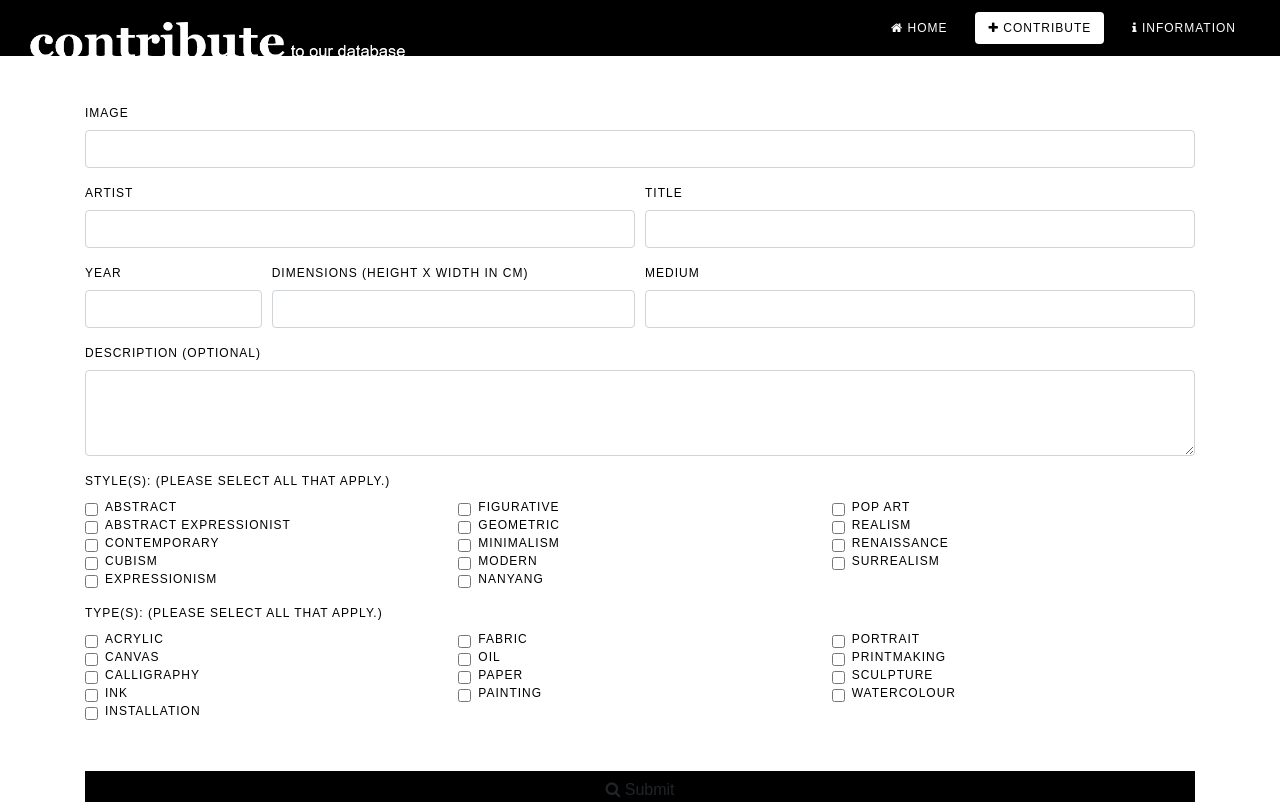
Repository: lynette-lyf/artwork-inventory
Page: http://localhost/add-artwork
The author's editor kept a record of every edit. The page is drawn from the files as they stood at one moment, then again after the next edit.
The browser window is 1280 px wide. The pictures show the whole page.
The page is served by the project's application, run on Flask 3 (app.py).

Above is the page before.

After the next edit:
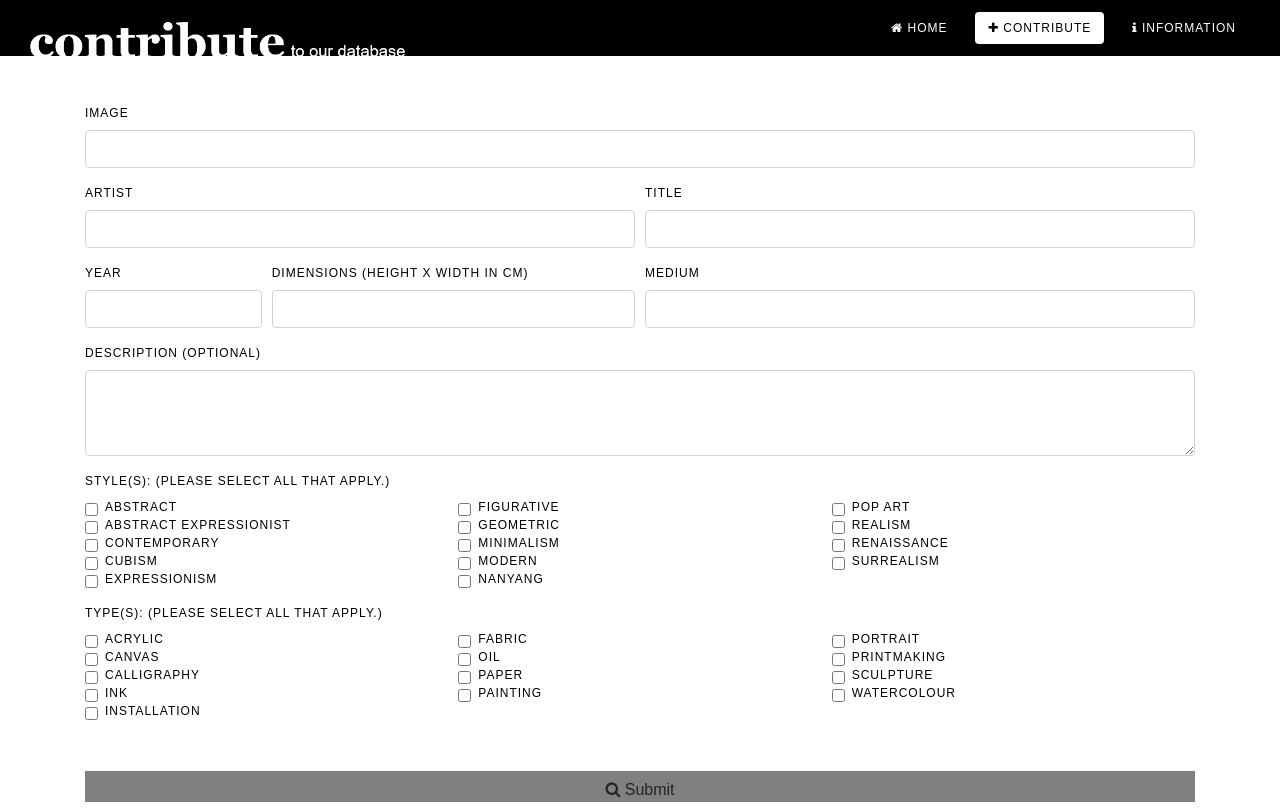
The edit:
--- a/templates/add_artwork.template.html
+++ b/templates/add_artwork.template.html
@@ -62,7 +62,7 @@
     margin-right:15px;
 }
 
-#home, #information, #submit {
+#home, #information,  {
     font-family: Arial;
     color: white;
     text-decoration: none;
@@ -73,6 +73,7 @@
     margin-right:15px;
 }
 
+#submit
 
 #home:hover, #information:hover, #submit:hover {
     background-color: white;

After the 2 edits that followed:
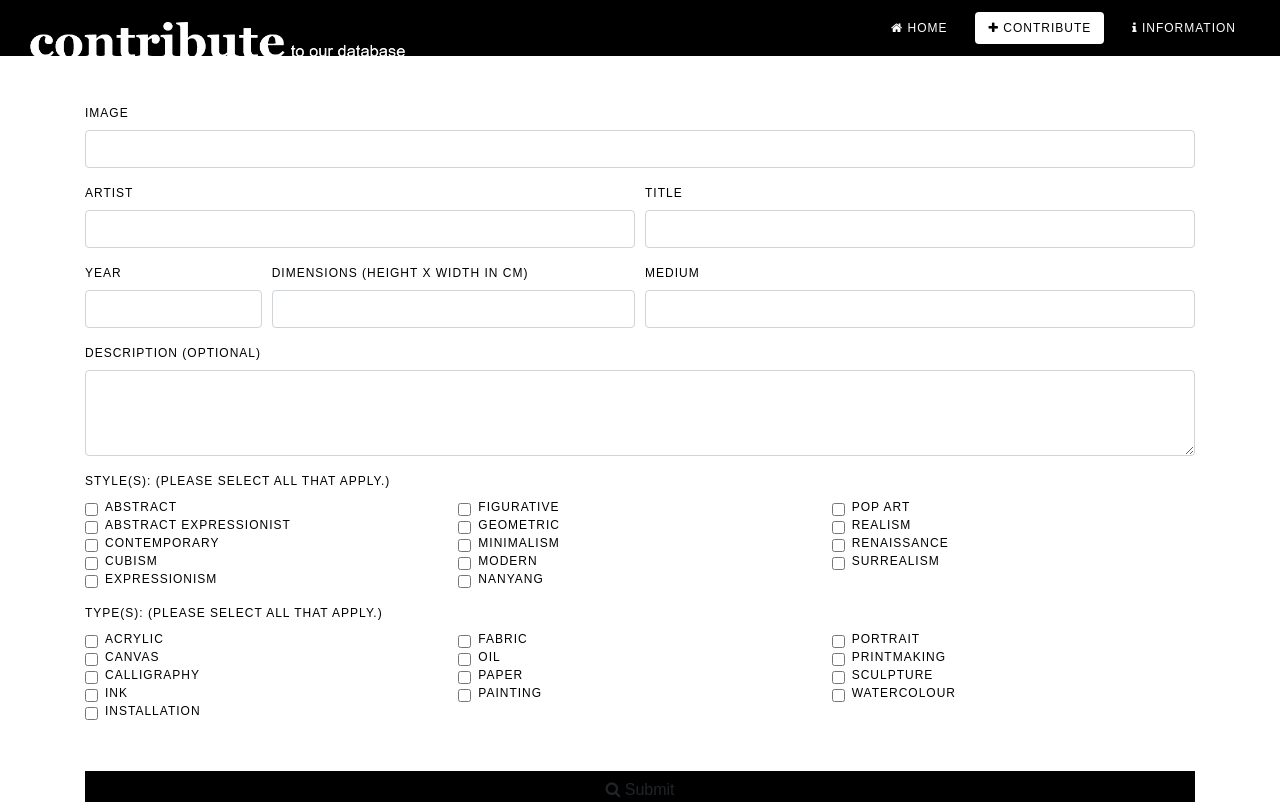
The 2 edits are shown as one change because 1 left the picture as it was.
The edit:
--- a/templates/add_artwork.template.html
+++ b/templates/add_artwork.template.html
@@ -62,7 +62,7 @@
     margin-right:15px;
 }
 
-#home, #information,  {
+#home, #information {
     font-family: Arial;
     color: white;
     text-decoration: none;
@@ -73,7 +73,15 @@
     margin-right:15px;
 }
 
-#submit
+#submit {
+  font-family: Arial;
+    color: white;
+    text-decoration: none;
+    text-transform: uppercase;
+    font-size: 12px;
+    letter-spacing:1px;
+    background-color: black;
+}
 
 #home:hover, #information:hover, #submit:hover {
     background-color: white;
